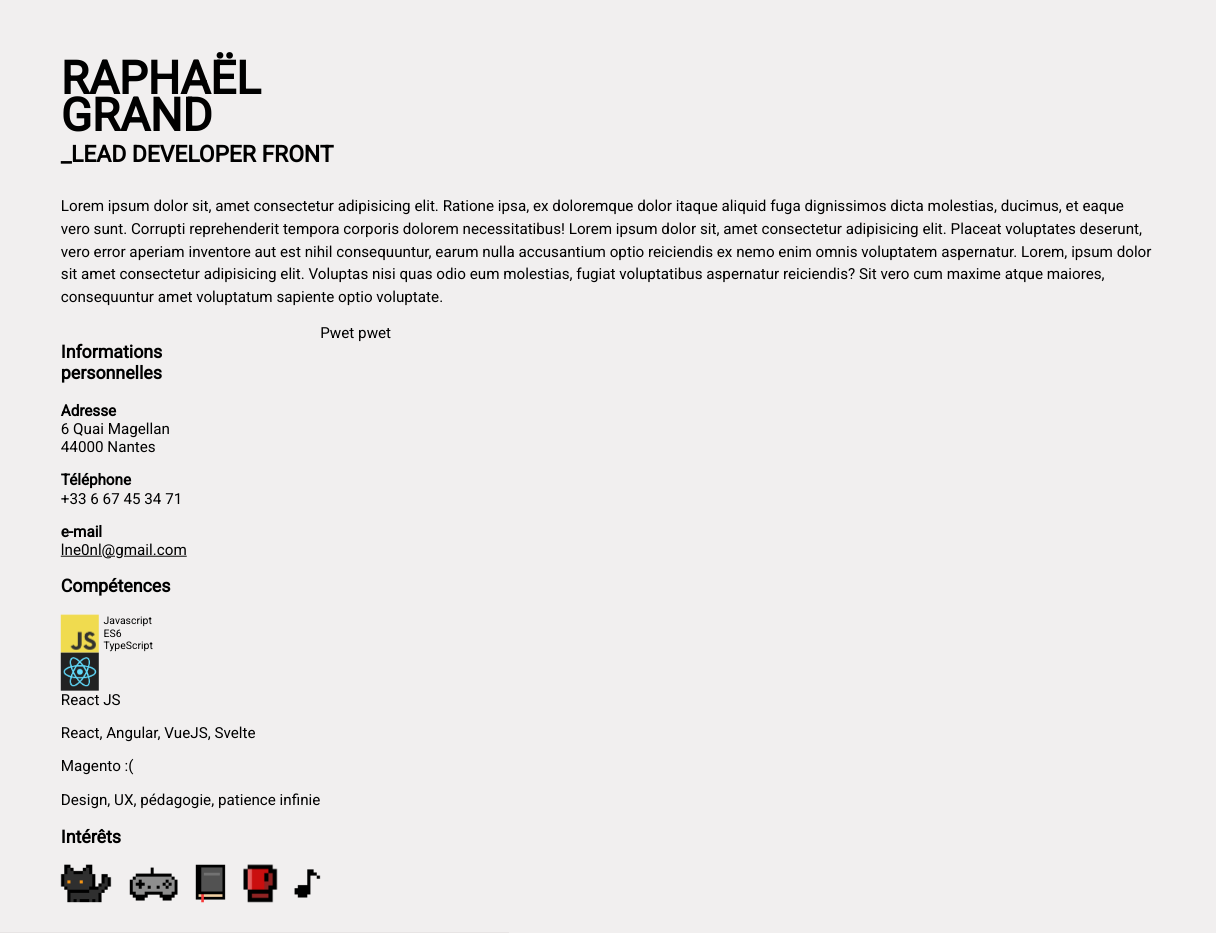
Repository: lne0nl/resume
Page: index.html
An editor plug-in stored every save of this project. The page is shown before and after the next save, followed by the edit.
The browser window is 1280 px wide. The pictures show the whole page, at 95% of full size.

Above is the page before, as saved 2021-12-10 11:25:34.

### index.html
<!DOCTYPE html>
<html lang="fr">
  <head>
    <meta charset="UTF-8" />
    <meta http-equiv="X-UA-Compatible" content="IE=edge" />
    <meta name="viewport" content="width=device-width, initial-scale=1.0" />
    <link rel="preconnect" href="https://fonts.googleapis.com" />
    <link rel="preconnect" href="https://fonts.gstatic.com" crossorigin />
    <link
      href="https://fonts.googleapis.com/css2?family=Roboto&display=swap"
      rel="stylesheet"
    />
    <link rel="stylesheet" type="text/css" href="style.css" />
    <title>CV Raphaël GRAND</title>
  </head>
  <body>
    <header>
      <h1>Raphaël<br />GRAND</h1>
      <h2>_Lead developer front</h2>
      <p class="bio">
        Lorem ipsum dolor sit, amet consectetur adipisicing elit. Ratione ipsa,
        ex doloremque dolor itaque aliquid fuga dignissimos dicta molestias,
        ducimus, et eaque vero sunt. Corrupti reprehenderit tempora corporis
        dolorem necessitatibus! Lorem ipsum dolor sit, amet consectetur
        adipisicing elit. Placeat voluptates deserunt, vero error aperiam
        inventore aut est nihil consequuntur, earum nulla accusantium optio
        reiciendis ex nemo enim omnis voluptatem aspernatur. Lorem, ipsum dolor
        sit amet consectetur adipisicing elit. Voluptas nisi quas odio eum
        molestias, fugiat voluptatibus aspernatur reiciendis? Sit vero cum
        maxime atque maiores, consequuntur amet voluptatum sapiente optio
        voluptate.
      </p>
    </header>
    <div class="core">
      <section class="infos">
        <article>
          <h3>Informations<br />personnelles</h3>
          <ul>
            <li title="address">
              <b>Adresse</b><br />
              6 Quai Magellan<br />44000 Nantes
            </li>
            <li title="phone">
              <b>Téléphone</b><br />
              +33 6 67 45 34 71
            </li>
            <li title="mail">
              <b>e-mail</b><br />
              <a href="mailto:lne0nl@gmail.com">lne0nl@gmail.com</a>
            </li>
          </ul>
        </article>
        <article>
          <h3>Compétences</h3>
          <div class="skills">
            <img class="logo" src="images/js.png" alt="Javascript" title="Javascript">
            Javascript<br>ES6<br>TypeScript<br>
          </div>
          <div class="frameworks">
            <img class="logo" src="images/react.png" alt="React Js" title="React Js">
            React JS
          </div>
          <ul>
            <li>
            </li>
            <li>React, Angular, VueJS, Svelte</li>
            <li>Magento :(</li>
            <li>Design, UX, pédagogie, patience infinie</li>
          </ul>
        </article>
        <article>
          <h3>Intérêts</h3>
          <div class="interests">
            <img class="cat" src="images/cat.png" alt="animals" title="Animaux">
            <img class="pad" src="images/pad.png" alt="video games" title="Jeux Vidéo">
            <img class="book" src="images/book.png" alt="book" title="Littérature">
            <img class="glove" src="images/gloves.png" alt="boxing gloves" title="Boxe Française">
            <img class="note" src="images/music.png" alt="music" title="Musique">
          </div>
          <!-- <ul class="interests">
            <li title="Animaux"><img src="images/cat.png" alt="animals"></li>
            <li title="Jeux vidéo"><img src="images/pad.png" alt="video games"></li>
            <li title="Littérature">Littérature</li>
            <li title="Musique">Musique</li>
            <li title="Boxe Française">Boxe Française</li>
          </ul> -->
        </article>
      </section>
      <section class="resume">Pwet pwet</section>
    </div>
  </body>
</html>

### style.css
html {
  background-color: grey;
}

body {
  margin: 0 auto;
  padding: 2rem 4rem;
  max-width: 1280px;
  background-color: #f1efef;
  font-family: 'Roboto', sans-serif;
}

header {
  position: relative;
}

h1 {
  font-size: 3rem;
  line-height: 0.8;
  text-transform: uppercase;
}

h2 {
  text-align: right;
  position: absolute;
  top: 4rem;
  text-transform: uppercase;
}

a {
  text-decoration: underline;
  color: inherit;
}

a:visited {
  color: inherit;
}

.bio {
  padding-top: 2rem;
  line-height: 1.5;
}

ul {
  list-style: none;
  margin: 0;
  padding: 0;
}

li {
  margin-bottom: 1rem;
}

.core {
  display: flex;
}

.resume {
  flex: 1;
  /* background-color: yellow; */
}

.interests {
  display: flex;
  justify-content: space-between;
  align-items: center;
}

.interests img {
  margin-bottom: 0;
}

.cat {
  height: 40px;
}

.pad {
  height: 35px;
}

.book {
  height: 40px;
}

.glove {
  height: 40px;
}

.note {
  height: 30px;
}

.skills {
  font-size: 11px;
  display: flex;
}

.logo {
  display: block;
  margin-right: 5px;
  width: 40px;
  height: 40px;
}

After the next save:
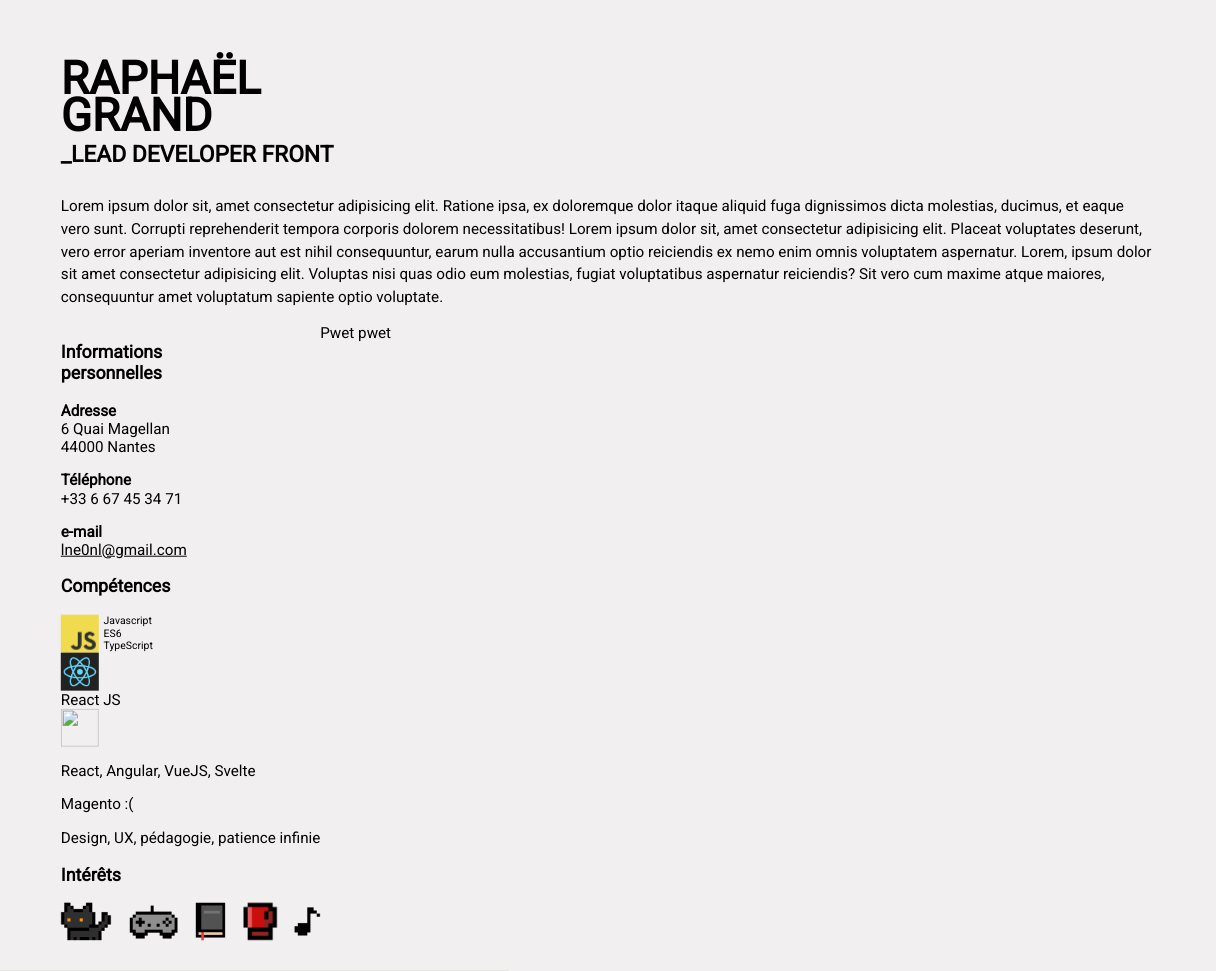
Saved 47 s later.
--- a/index.html
+++ b/index.html
@@ -59,6 +59,7 @@
           <div class="frameworks">
             <img class="logo" src="images/react.png" alt="React Js" title="React Js">
             React JS
+            <img class="logo" src=""
           </div>
           <ul>
             <li>
